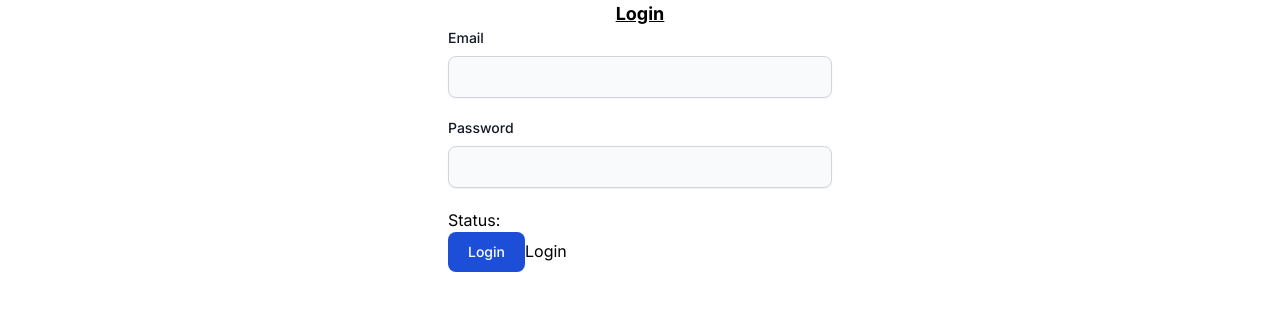
Repository: fatimash2123/next-todo
Page: /login
An editor plug-in stored every save of this project. The page is shown before and after the next save, followed by the edit.
The browser window is 1280 px wide. The pictures show the whole page.
The project was rebuilt for these pictures with package versions that can differ from the ones it lists, and the page was loaded fresh each time. The framework's server and built-in components were replaced by stand-ins that run in the browser. Also part of the build but not shown: next.config.mjs.

Above is the page before, as saved 2024-02-14 11:32:54.

### app/login/page.tsx
import Input from "@/components/Input";
import Button from "@/components/Button";
import MainHeading from "@/components/MainHeading";
import LoginForm from "@/components/LoginForm";
export default function Register() {
  return (
    <>
      <MainHeading title={"Login"} />
      <LoginForm />
    </>
  );
}

### components/MainHeading.tsx
interface MainHeadingProps {
  title: string;
}

export default function ({ title }: MainHeadingProps) {
  return (
    <h1 className="font-bold text-lg text-center text-3xl underline">
      {title}
    </h1>
  );
}

### components/LoginForm.tsx
"use client";
import Input from "./Input";
import Button from "./Button";
import login from "@/store/authentication/login";
import { useFormState, useFormStatus } from "react-dom";
export default function LoginForm() {
  // @ts-ignore
  const [errorMessage, dispatch] = useFormState(login, null);
  console.log("errorMessage", errorMessage);
  return (
    <form className="max-w-sm mx-auto" action={dispatch}>
      <Input title={"Email"} type={"email"} name={"email"} />
      <Input title={"Password"} type={"password"} name={"password"} />
      {/*  @ts-ignore */}
      {/* <div>{errorMessage && <p>{errorMessage} ii</p>}</div> */}
      <p>Status:{errorMessage}</p>
      <Button title={"Login"} />
      <LoginButton />
    </form>
  );
}

function LoginButton() {
  const { pending } = useFormStatus();

  return (
    <button aria-disabled={pending} type="submit">
      Login
    </button>
  );
}

### components/Input.tsx
import { forwardRef } from "react";

interface InputProps {
  title: string;
  type: string;
  name: string;
}
const Input = function ({ title, type, name }: InputProps) {
  return (
    <div className="mb-5">
      <label
        htmlFor={name}
        className="block mb-2 text-sm font-medium text-gray-900 dark:text-white"
      >
        {title}
      </label>
      <input
        type={type}
        name={name}
        id={name}
        // ref={ref}
        className="shadow-sm bg-gray-50 border border-gray-300 text-gray-900 text-sm rounded-lg focus:ring-blue-500 focus:border-blue-500 block w-full p-2.5 dark:bg-gray-700 dark:border-gray-600 dark:placeholder-gray-400 dark:text-white dark:focus:ring-blue-500 dark:focus:border-blue-500 dark:shadow-sm-light"
      />
    </div>
  );
};
export default Input;

### components/Button.tsx
"use client";
interface ButtonProps {
  title: string;
  handleOnClick?: any;
}

const Button = ({ title, handleOnClick }: ButtonProps) => {
  return (
    <button
      type="submit"
      className="text-white bg-blue-700 hover:bg-blue-800 focus:ring-4 focus:outline-none focus:ring-blue-300 font-medium rounded-lg text-sm px-5 py-2.5 text-center dark:bg-blue-600 dark:hover:bg-blue-700 dark:focus:ring-blue-800"
      // onClick={(event) => {
      //   event.preventDefault();
      //   handleOnClick();
      // }}
    >
      {title}
    </button>
  );
};

export default Button;

### store/authentication/login.tsx
"use server";
interface LoginUser {
  email: string;
  password: string;
}
async function login(formData?: FormData) {
  console.log("formData", formData);
  try {
    const data = await fetch("http://localhost:3001/api/auth/login", {
      method: "POST",
      body: formData,
    });
    console.log("login pressed response");
    console.log("response got back=", await data.json());
    if (data.status !== 200) {
      throw new Error("User not Found");
    }
    // return "User Found";
  } catch (err: any) {
    console.log(err.message);
    // return "User Not Found";
  }
}

// export async function authenticate({ email, password }: LoginUser) {
//   try {
//     var formData = new FormData();
//     formData.append("email", email);
//     formData.append("phone", password);
//     await login("credentials", formData);
//   } catch (error) {
//     if (error) {
//       switch (error.type) {
//         case "CredentialsSignin":
//           return "Invalid credentials.";
//         default:
//           return "Something went wrong.";
//       }
//     }
//     throw error;
//   }
// }

export default login;

### tailwind.config.js
/** @type {import('tailwindcss').Config} */
module.exports = {
  content: [
    "./app/**/*.{js,ts,jsx,tsx,mdx}",
    "./components/**/*.{js,ts,jsx,tsx,mdx}",
  ],
  theme: {
    extend: {},
  },
  plugins: [],
}

Loaded but not shown: app/layout.tsx (common file); app/globals.css (common file)

After the next save:
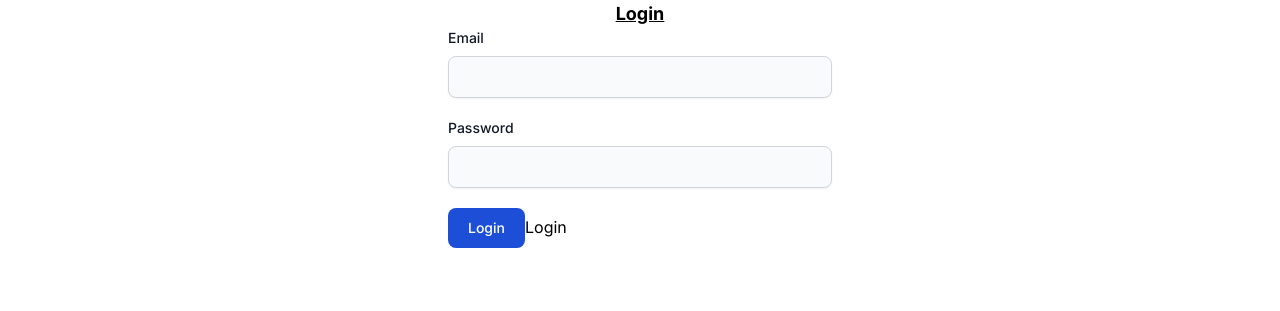
Saved 117 s later.
--- a/components/LoginForm.tsx
+++ b/components/LoginForm.tsx
@@ -4,7 +4,6 @@ import Button from "./Button";
 import login from "@/store/authentication/login";
 import { useFormState, useFormStatus } from "react-dom";
 export default function LoginForm() {
-  // @ts-ignore
   const [errorMessage, dispatch] = useFormState(login, null);
   console.log("errorMessage", errorMessage);
   return (
@@ -13,7 +12,7 @@ export default function LoginForm() {
       <Input title={"Password"} type={"password"} name={"password"} />
       {/*  @ts-ignore */}
       {/* <div>{errorMessage && <p>{errorMessage} ii</p>}</div> */}
-      <p>Status:{errorMessage}</p>
+      {/* <p>Status:{errorMessage}</p> */}
       <Button title={"Login"} />
       <LoginButton />
     </form>
